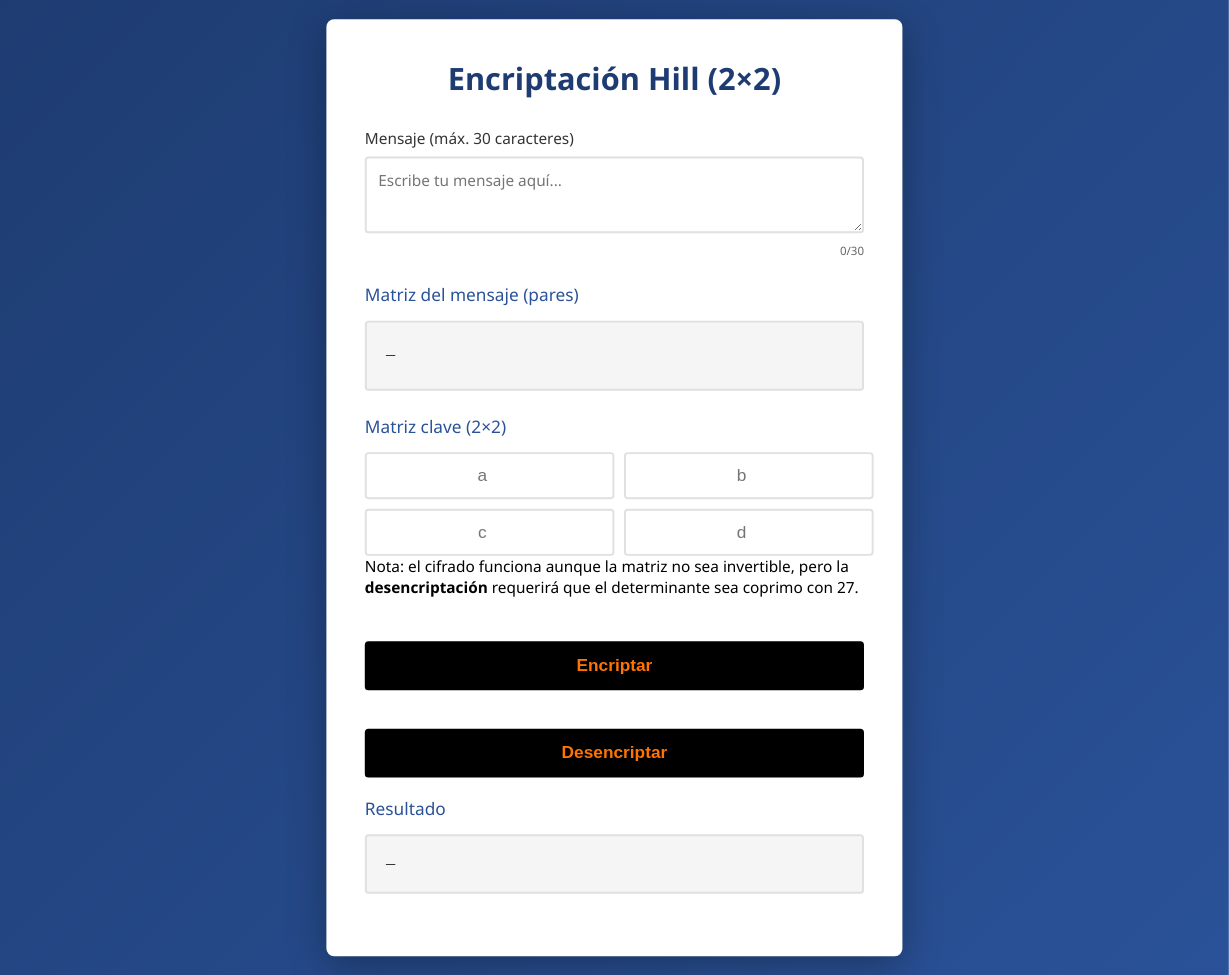
Repository: LeoTSW13/Clase-ejemplo-Algebra
Page: index.html
These files come from the project's save history. The page is drawn as it stood at one moment and after the next save; the edit follows.
The browser window is 1280 px wide. The pictures show the whole page, at 96% of full size.

Above is the page before, as saved 2025-11-26 10:27:44.

### index.html
<!DOCTYPE html>
<html lang="es">
<head>
    <meta charset="UTF-8" />
    <meta name="viewport" content="width=device-width, initial-scale=1.0"/>
    <title>Encriptación Hill</title>
    <link rel="stylesheet" href="styles.css">
</head>
<body>
    <div class="container">
        <h1>Encriptación Hill (2×2)</h1>

        <div class="section">
            <label for="mensaje">Mensaje (máx. 30 caracteres)</label>
            <textarea id="mensaje" maxlength="30" placeholder="Escribe tu mensaje aquí..."></textarea>
            <div class="char-count">0/30</div>
        </div>

        <div class="section">
            <h3>Matriz del mensaje (pares)</h3>
            <div id="matrizMensaje" class="matriz-display">—</div>
        </div>

        <div class="section">
            <h3>Matriz clave (2×2)</h3>
            <div class="matriz-input">
                <input type="number" id="k11" placeholder="a">
                <input type="number" id="k12" placeholder="b">
                <input type="number" id="k21" placeholder="c">
                <input type="number" id="k22" placeholder="d">
            </div>
            <div class="hint">Nota: el cifrado funciona aunque la matriz no sea invertible, pero la <strong>desencriptación</strong> requerirá que el determinante sea coprimo con 27.</div>
        </div>

        <button id="encriptar">Encriptar</button>
        <button id="desencriptar">Desencriptar</button>


        <div class="section">
            <h3>Resultado</h3>
            <div id="resultado" class="resultado-box">—</div>
        </div>
    </div>

    <script src="script.js"></script>
</body>
</html>

### styles.css
* {
    margin: 0;
    padding: 0;
    box-sizing: border-box;
}

body {
    font-family: 'Segoe UI', Tahoma, Geneva, Verdana, sans-serif;
    background: linear-gradient(135deg, #1e3c72 0%, #2a5298 100%);
    min-height: 100vh;
    display: flex;
    justify-content: center;
    align-items: center;
    padding: 20px;
}

.container {
    background: white;
    max-width: 600px;
    width: 100%;
    padding: 40px;
    border-radius: 8px;
    box-shadow: 0 10px 40px rgba(0, 0, 0, 0.3);
}

h1 {
    color: #1e3c72;
    text-align: center;
    margin-bottom: 30px;
    font-size: 32px;
    font-weight: 600;
}

h3 {
    color: #2a5298;
    margin-bottom: 15px;
    font-size: 18px;
    font-weight: 500;
}

.section {
    margin-bottom: 25px;
}

label {
    display: block;
    color: #333;
    margin-bottom: 8px;
    font-weight: 500;
}

textarea {
    width: 100%;
    padding: 12px;
    border: 2px solid #e0e0e0;
    border-radius: 4px;
    font-size: 16px;
    resize: vertical;
    min-height: 80px;
    font-family: inherit;
    transition: border-color 0.3s;
}

textarea:focus {
    outline: none;
    border-color: #2a5298;
}

.char-count {
    text-align: right;
    color: #666;
    font-size: 12px;
    margin-top: 5px;
}

.matriz-display {
    background: #f5f5f5;
    padding: 20px;
    border-radius: 4px;
    border: 2px solid #e0e0e0;
    min-height: 60px;
    font-family: 'Courier New', monospace;
    color: #333;
    line-height: 1.8;
}

.matriz-input {
    display: grid;
    grid-template-columns: 1fr 1fr;
    gap: 10px;
    max-width: 200px;
}

.matriz-input input {
    padding: 12px;
    border: 2px solid #e0e0e0;
    border-radius: 4px;
    font-size: 18px;
    text-align: center;
    transition: border-color 0.3s;
}

.matriz-input input:focus {
    outline: none;
    border-color: #2a5298;
}

button {
    width: 100%;
    padding: 15px;
    background: #000000;
    color: rgb(255, 115, 0);
    border: none;
    border-radius: 4px;
    font-size: 18px;
    font-weight: 600;
    cursor: pointer;
    transition: background 0.3s;
    margin: 20px 0;
}

button:hover {
    background: #1e3c72;
}

button:active {
    transform: scale(0.98);
}

.resultado-box {
    background: #f5f5f5;
    padding: 20px;
    border-radius: 4px;
    border: 2px solid #e0e0e0;
    min-height: 60px;
    font-family: 'Courier New', monospace;
    color: #333;
    word-wrap: break-word;
}

.error {
    color: #d32f2f;
    background: #ffebee;
    border-color: #d32f2f;
}

### script.js
const mensaje = document.getElementById('mensaje');
const charCount = document.querySelector('.char-count');
const matrizMensaje = document.getElementById('matrizMensaje');
const k11 = document.getElementById('k11');
const k12 = document.getElementById('k12');
const k21 = document.getElementById('k21');
const k22 = document.getElementById('k22');
const btnEncriptar = document.getElementById('encriptar');
const resultado = document.getElementById('resultado');

// Actualizar contador de caracteres
mensaje.addEventListener('input', () => {
    const len = mensaje.value.length;
    charCount.textContent = `${len}/30`;
    mostrarMatrizMensaje();
});

// Mostrar matriz del mensaje
function mostrarMatrizMensaje() {
    const texto = mensaje.value.toUpperCase().replace(/[^A-Z]/g, '');

    if (texto.length === 0) {
        matrizMensaje.textContent = 'Escribe un mensaje primero...';
        return;
    }

    const valores = texto.split('').map(char => char.charCodeAt(0) - 65);

    // Agrupar en pares
    let matriz = '[';
    for (let i = 0; i < valores.length; i += 2) {
        if (i > 0) matriz += ' ';
        matriz += '[' + valores[i];
        if (i + 1 < valores.length) {
            matriz += ', ' + valores[i + 1];
        } else {
            matriz += ', ' + (valores.length % 2 === 0 ? '' : '23'); // Padding con 'X'
        }
        matriz += ']';
    }
    matriz += ']';

    matrizMensaje.textContent = matriz;
}

// Función de encriptación Hill
btnEncriptar.addEventListener('click', () => {
    // Validar inputs
    const key = [
        [parseInt(k11.value) || 0, parseInt(k12.value) || 0],
        [parseInt(k21.value) || 0, parseInt(k22.value) || 0]
    ];

    if (key[0][0] === 0 && key[0][1] === 0 && key[1][0] === 0 && key[1][1] === 0) {
        resultado.textContent = 'Error: Ingresa una matriz clave válida';
        resultado.classList.add('error');
        return;
    }

    const texto = mensaje.value.toUpperCase().replace(/[^A-Z]/g, '');

    if (texto.length === 0) {
        resultado.textContent = 'Error: Ingresa un mensaje';
        resultado.classList.add('error');
        return;
    }

    // Calcular determinante
    const det = (key[0][0] * key[1][1] - key[0][1] * key[1][0]) % 26;

    if (det === 0) {
        resultado.textContent = 'Error: La matriz no es invertible (determinante = 0)';
        resultado.classList.add('error');
        return;
    }

    // Convertir texto a números
    let numeros = texto.split('').map(char => char.charCodeAt(0) - 65);

    // Agregar padding si es impar
    if (numeros.length % 2 !== 0) {
        numeros.push(23); // 'X'
    }

    // Encriptar
    let encriptado = '';
    for (let i = 0; i < numeros.length; i += 2) {
        const v1 = numeros[i];
        const v2 = numeros[i + 1];

        const c1 = (key[0][0] * v1 + key[0][1] * v2) % 26;
        const c2 = (key[1][0] * v1 + key[1][1] * v2) % 26;

        encriptado += String.fromCharCode(65 + c1);
        encriptado += String.fromCharCode(65 + c2);
    }

    resultado.classList.remove('error');
    resultado.textContent = encriptado;
});
const btnDesencriptar = document.getElementById('desencriptar');

// Inverso modular
function modInv(a, m) {
    a = (a % m + m) % m;
    for (let x = 1; x < m; x++) {
        if ((a * x) % m === 1) return x;
    }
    return null;
}

// DESENCRIPTAR con reparación automática
btnDesencriptar.addEventListener('click', () => {
    const key = [
        [parseInt(k11.value) || 0, parseInt(k12.value) || 0],
        [parseInt(k21.value) || 0, parseInt(k22.value) || 0]
    ];

    let texto = mensaje.value.toUpperCase().replace(/[^A-Z]/g, '');

    if (texto.length === 0) {
        resultado.textContent = 'Error: Ingresa el texto cifrado';
        resultado.classList.add('error');
        return;
    }

    // --- REPARACIÓN AUTOMÁTICA ---
    if (texto.length % 2 !== 0) {
        texto += 'X';
        resultado.textContent = '⚠ Se agregó una X para completar el par.\n';
    } else {
        resultado.textContent = '';
    }
    // ------------------------------

    // Determinante
    let det = (key[0][0] * key[1][1] - key[0][1] * key[1][0]) % 26;
    if (det < 0) det += 26;

    let detInv = modInv(det, 26);
    if (detInv === null) {
        resultado.textContent = 'Error: El determinante NO tiene inverso módulo 26 (no puedes desencriptar).';
        resultado.classList.add('error');
        return;
    }

    // Matriz adjunta
    const adj = [
        [key[1][1], -key[0][1]],
        [-key[1][0], key[0][0]]
    ];

    // Matriz inversa mod 26
    const invKey = [
        [
            (detInv * (adj[0][0] % 26 + 26)) % 26,
            (detInv * (adj[0][1] % 26 + 26)) % 26
        ],
        [
            (detInv * (adj[1][0] % 26 + 26)) % 26,
            (detInv * (adj[1][1] % 26 + 26)) % 26
        ]
    ];

    // Convertir texto a números
    let numeros = texto.split('').map(c => c.charCodeAt(0) - 65);

    // Desencriptar
    let desencriptado = '';
    for (let i = 0; i < numeros.length; i += 2) {
        const v1 = numeros[i];
        const v2 = numeros[i + 1];

        const p1 = (invKey[0][0] * v1 + invKey[0][1] * v2) % 26;
        const p2 = (invKey[1][0] * v1 + invKey[1][1] * v2) % 26;

        desencriptado += String.fromCharCode(65 + p1);
        desencriptado += String.fromCharCode(65 + p2);
    }

    resultado.classList.remove('error');
    resultado.textContent += desencriptado;
});

After the next save:
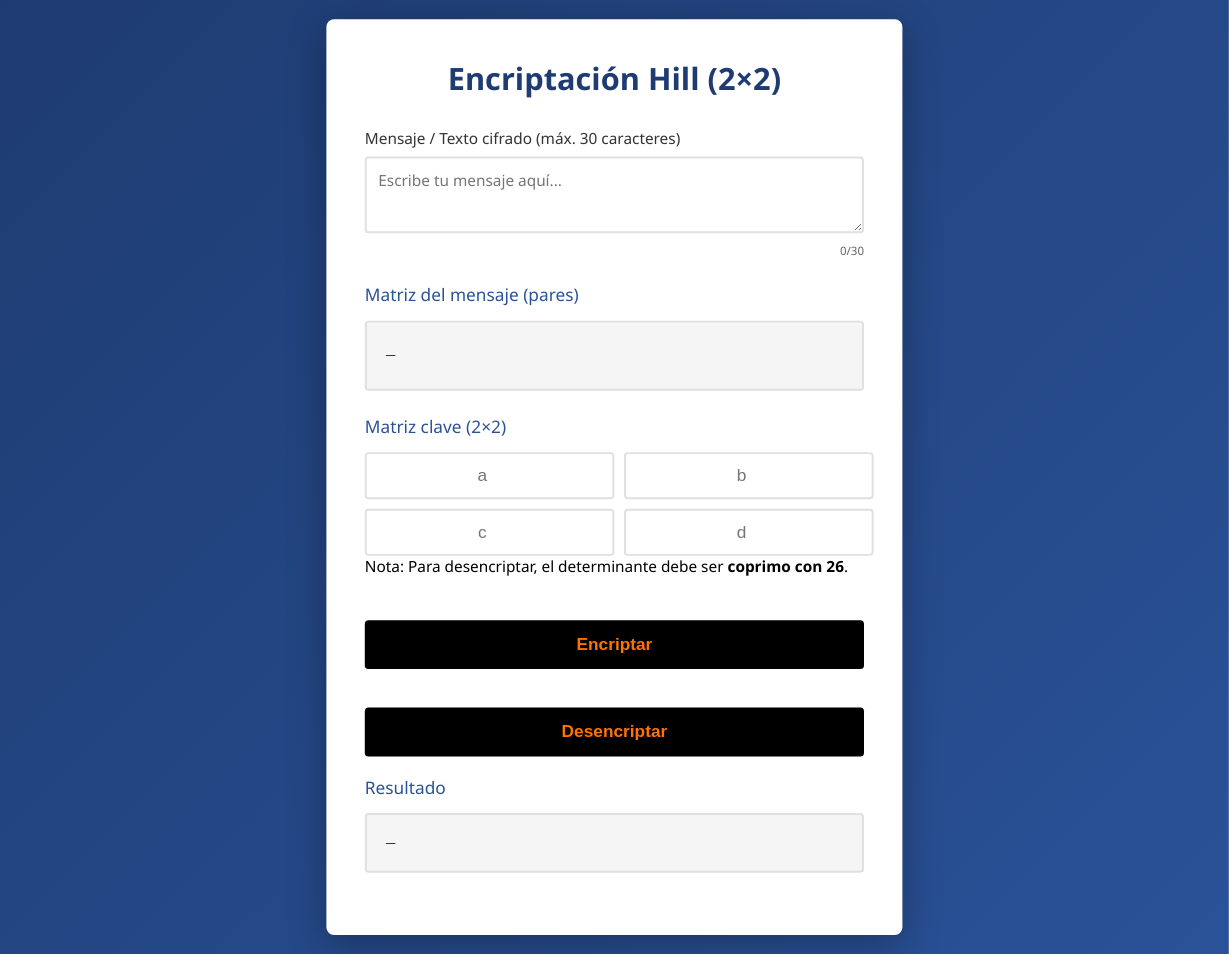
Saved 3 min 34 s later.
--- a/index.html
+++ b/index.html
@@ -11,7 +11,7 @@
         <h1>Encriptación Hill (2×2)</h1>
 
         <div class="section">
-            <label for="mensaje">Mensaje (máx. 30 caracteres)</label>
+            <label for="mensaje">Mensaje / Texto cifrado (máx. 30 caracteres)</label>
             <textarea id="mensaje" maxlength="30" placeholder="Escribe tu mensaje aquí..."></textarea>
             <div class="char-count">0/30</div>
         </div>
@@ -29,12 +29,11 @@
                 <input type="number" id="k21" placeholder="c">
                 <input type="number" id="k22" placeholder="d">
             </div>
-            <div class="hint">Nota: el cifrado funciona aunque la matriz no sea invertible, pero la <strong>desencriptación</strong> requerirá que el determinante sea coprimo con 27.</div>
+            <div class="hint">Nota: Para desencriptar, el determinante debe ser <b>coprimo con 26</b>.</div>
         </div>
 
         <button id="encriptar">Encriptar</button>
         <button id="desencriptar">Desencriptar</button>
-
 
         <div class="section">
             <h3>Resultado</h3>
